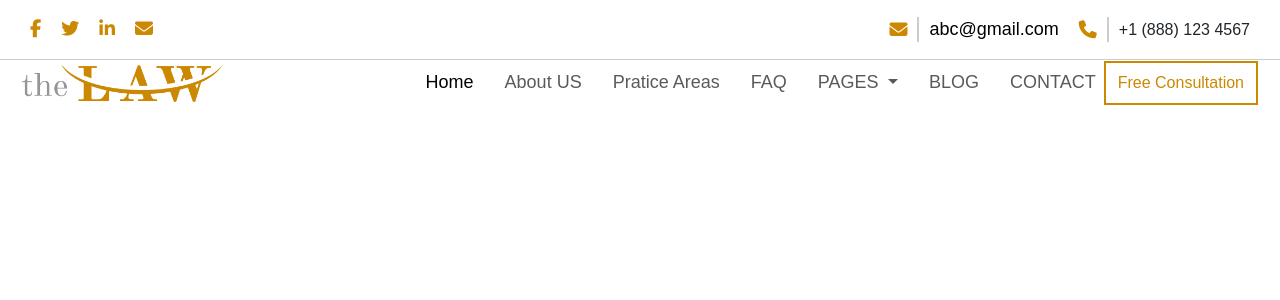
Repository: arehmanraza/lawyer_website
Page: Pages/index.html
An editor plug-in stored every save of this project. The page is shown before and after the next save, followed by the edit.
The browser window is 1280 px wide. The pictures show the whole page.
Some web libraries are served in a nearby version.

Above is the page before, as saved 2024-05-22 01:53:46.

After the next save:
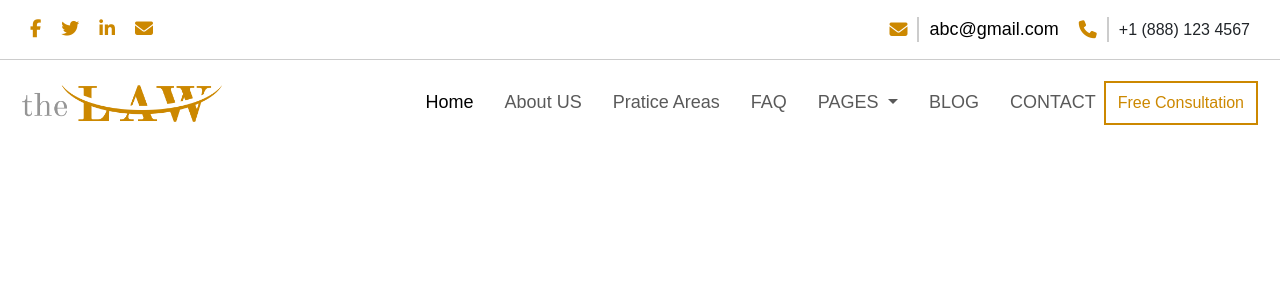
Saved 8 s later.
--- a/Styling/style.css
+++ b/Styling/style.css
@@ -81,5 +81,5 @@
     font-size: 18px !important;
 }
 .navbar{
-    padding: 0px 10px !important;
+    padding: 20px 10px !important;
 }
